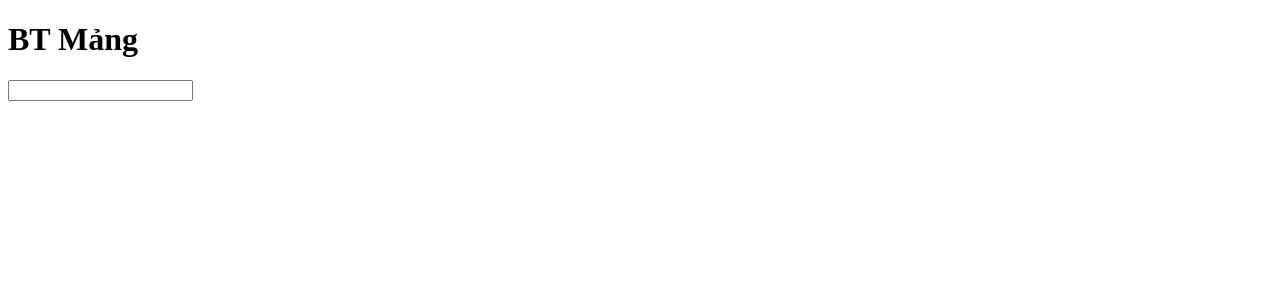
Repository: trminhphuc1504/BT-JS-BUOI-7-8
Page: src/index.html
The author's editor kept a copy of each file at every save. The page is drawn from the files as they stood at one save, then again after the next save.
The browser window is 1280 px wide. The pictures show the whole page.

Above is the page before, as saved 2024-11-06 16:36:58.

After the next save:
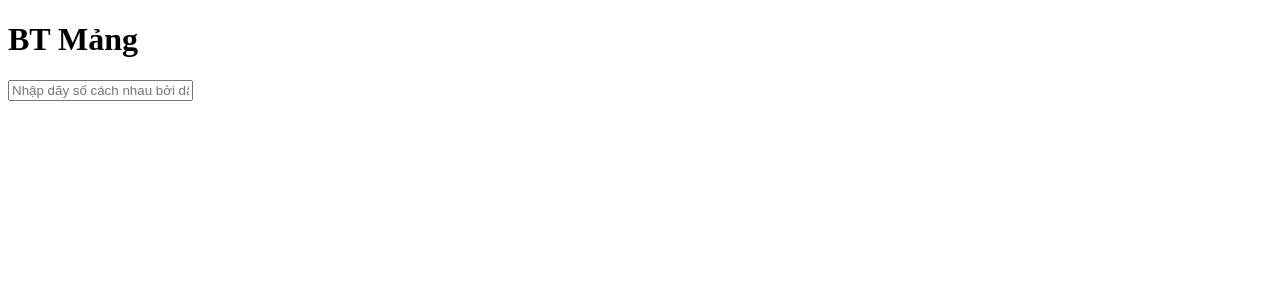
Saved 7 s later.
--- a/src/index.html
+++ b/src/index.html
@@ -12,7 +12,11 @@
         BT Mảng
       </h1>
       <div class="mb-4">
-        <input type="text" id="inputArray" placeholder="" />
+        <input
+          type="text"
+          id="inputArray"
+          placeholder="Nhập dãy số cách nhau bởi dấu phẩy"
+        />
       </div>
     </div>
     <script src="./js/index.js"></script>
